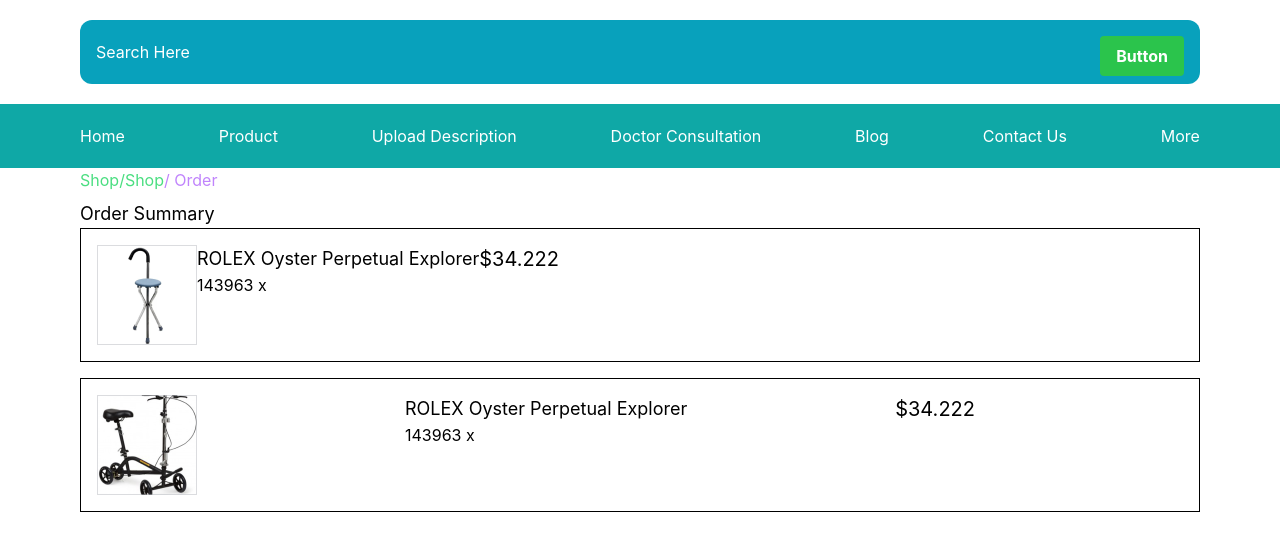
Repository: arafatmollah/pharma
Page: /
An editor plug-in stored every save of this project. The page is shown before and after a run of saves, followed by the edit.
The browser window is 1280 px wide. The pictures show the whole page.
The project was rebuilt for these pictures with package versions that can differ from the ones it lists, and the page was loaded fresh each time.

Above is the page before, as saved 2023-03-12 01:45:37.

### src/App.js

import './App.css';
import Nav from './Nav';
import Order from './Order';

function App() {
  return (
    <div className="App">
      <Nav></Nav>
      <Order></Order>
    </div>
  );
}

export default App;

### src/App.css
.box-border{
    background-color: #08A1BC;
}
.btn {
    @apply font-bold py-2 px-4 rounded;
    background-color: #2BC44C;
    color: white;
  }
  .btn-blue {
    @apply bg-blue-500 text-white;
  }
  .btn-blue:hover {
    @apply bg-blue-700;
  }
.nav{
    background-color: #0FA8A6;
}
.order{
    border: 1px solid black;
    border-width: 50%;
}

### src/Nav.js
import React from 'react'
import './App.css';

function Nav() {
  return (
    <div>
        <div className='box-border h-16 w-100 p-4 mx-20 my-5 rounded-xl'>
          <div className='flex justify-between align-middle'>
                <p className='text-white mt-1'>Search Here</p>
                <button class="btn mb-1"> Button</button>
          </div>
        </div>
        <div className='box-border h-16 w-100 nav'>
            <div className='flex mx-20 items-center justify-between text-white'>
            <div className='mt-5'>Home</div>
            <div className='mt-5'> Product</div>
            <div className='mt-5'>Upload Description</div>
            <div className='mt-5'>Doctor Consultation</div>
            <div className='mt-5'>Blog</div>
            <div className='mt-5'>Contact Us</div>
            <div className='mt-5'>More</div>
            </div>
        </div>
    </div>
  )
}

export default Nav

### src/Order.js
import React from 'react'
import img from './images/img.png'
import im from './images/im.png'

function order() {
  return (
    <div>
        <div className='flex mx-20'>
            <p className='text-green-400'>Shop</p>
            <p className='text-green-400'>/Shop</p>
            <p className='text-purple-400'>/ Order</p>
        </div>
        <div className='mt-2 mx-20'>
          <h3 className='text-lg'>Order Summary</h3>
        </div>
        <div className='mx-20'>
          <div className='flex border-box p-4 order'>
            <div>
              <img src={img}></img>
            </div>
            <div>
              <h1 className='text-lg'>ROLEX Oyster Perpetual Explorer</h1>
              <p>143963 x</p>
            </div>
            <div>
              <h3 className='text-xl'>$34.222</h3>
            </div>
          </div>
          <div className='flex border-box p-4 order mt-4 justify-between'>
            <div>
              <img src={im}></img>
            </div>
            <div>
              <h1 className='text-lg'>ROLEX Oyster Perpetual Explorer</h1>
              <p>143963 x</p>
            </div>
            <div>
              <h3 className='text-xl'>$34.222</h3>
            </div>
            <div>
              <div className='bg-gray-300 '></div>
            </div>
          </div>
        </div>
    </div>
  )
}

export default order

Loaded but not shown: public/index.html (common file); src/index.js (common file); src/index.css (common file); src/reportWebVitals.js (common file); tailwind.config.js (common file)

After the next 3 saves:
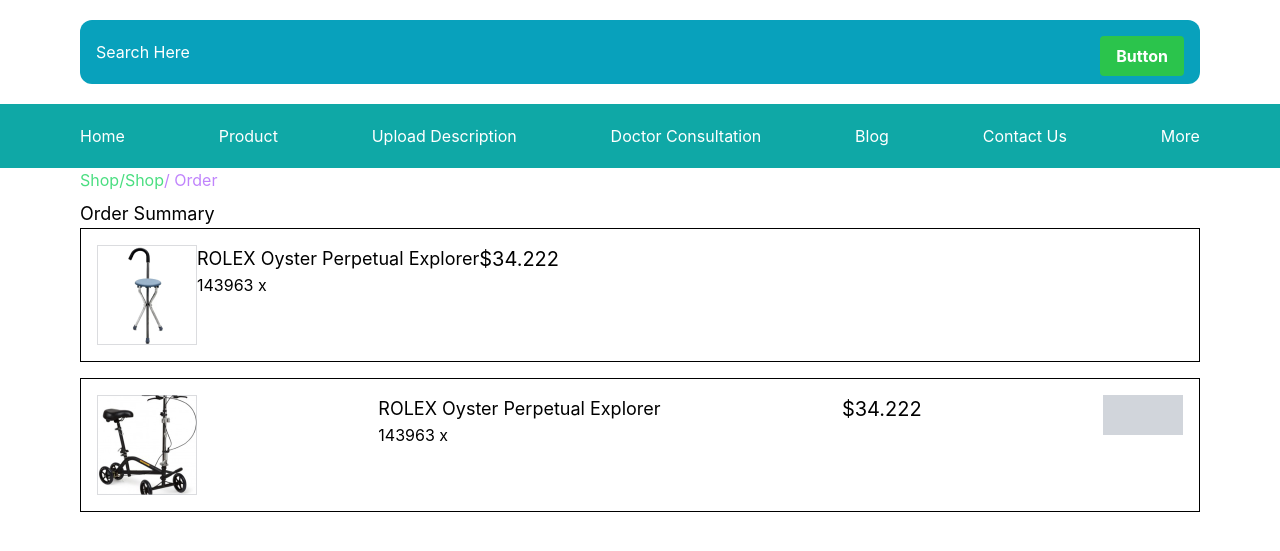
The 3 saves are shown as one change because they came seconds apart.
The last was saved 12 s later.
--- a/src/Order.js
+++ b/src/Order.js
@@ -38,7 +38,7 @@ function order() {
               <h3 className='text-xl'>$34.222</h3>
             </div>
             <div>
-              <div className='bg-gray-300 '></div>
+              <div className='bg-gray-300 h-10 w-20'></div>
             </div>
           </div>
         </div>
